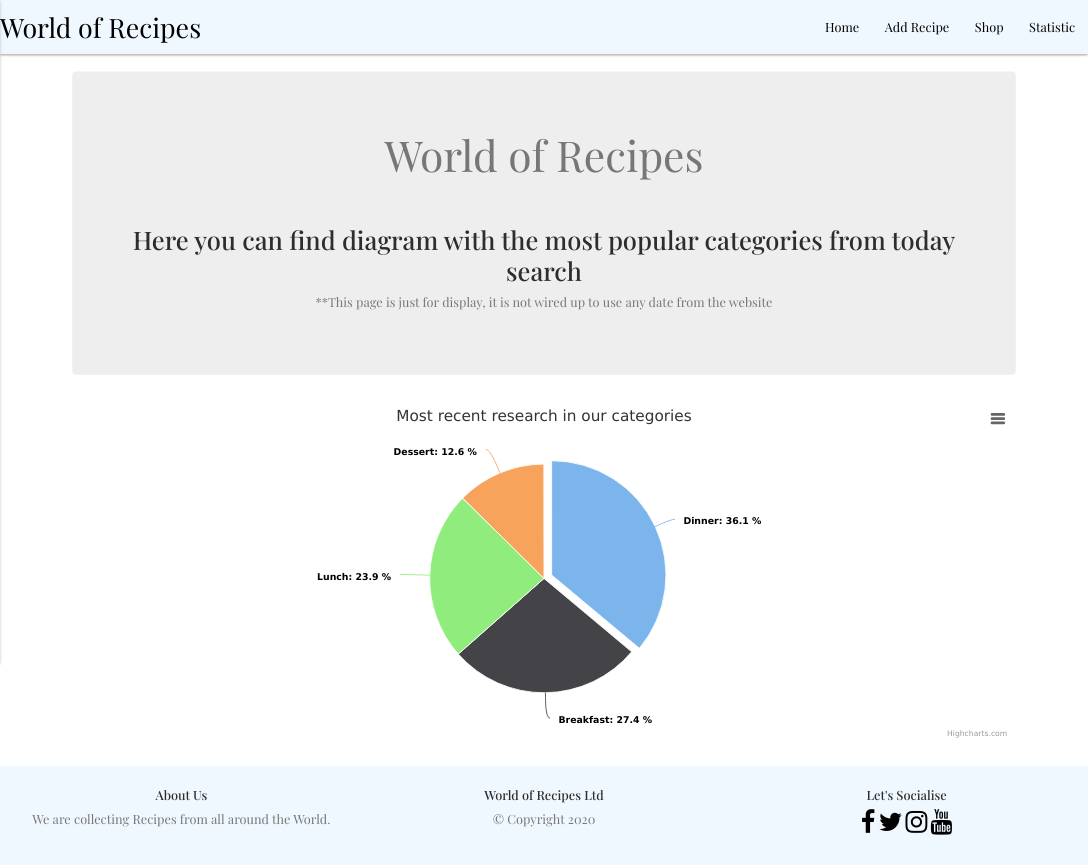
Repository: MarzDell/worldofrecipes
Page: http://localhost/stat
The author's editor kept a record of every edit. The page is drawn from the files as they stood at one moment, then again after the next edit.
The browser window is 1280 px wide. The pictures show the whole page, at 85% of full size.
Some web fonts or font styles are not loaded; a fallback is used. The page is served by the project's application, run on Flask 3 (app.py).

Above is the page before.

### templates/statistic.html
{% extends 'base.html' %} {% block content %}


<div class='jumbotron text-center'>
    <div class='container'>
        <div class='jumbo-header'><strong>World of Recipes</strong></div>
        <br>
        <br>
        <h2>Here you can find diagram with the most popular categories from today search</h2>
        <p>**This page is just for display, it is not wired up to use any date from the website</p>
    </div>
</div>

<div id='container'></div>


<script src="https://code.highcharts.com/highcharts.js"></script>
<script src="https://code.highcharts.com/modules/exporting.js"></script>
<script src="https://code.highcharts.com/modules/export-data.js"></script>
<script type="text/javascript">

    Highcharts.chart('container', {
        chart: {
            plotBackgroundColor: null,
            plotBorderWidth: null,
            plotShadow: false,
            type: 'pie'
        },
        title: {
            text: 'Most recent research in our categories'
        },
        tooltip: {
            pointFormat:'{series.name}: <b>{point.percentage:.1f}%</b>'
        },
        plotOptions: {
            pie: {
                allowPointSelect: true,
                cursor: 'pointer',
                dataLabels: {
                    enable: true,
                    format: '<b>{point.name}</b>: {point.percentage:.1f} %'
                }
            }
        },
        series: [{
            name: 'Categories',
            colorByPoint: true,
            data: [{
                name: 'Dinner',
                y: 36.10,
                sliced: true,
                selected: true
            }, {
                name: 'Breakfast',
                y: 27.40
            }, {
                name: 'Lunch',
                y: 23.90
            }, {
                name: 'Dessert',
                y: 12.60
            }]
        }]

    });
 </script>



{% endblock %}

### templates/base.html
<!DOCTYPE html>
<html lang="en">
<head>
    <link href="https://fonts.googleapis.com/icon?family=Material+Icons" rel="stylesheet">
    <link rel="stylesheet" href="https://stackpath.bootstrapcdn.com/bootstrap/4.3.1/css/bootstrap.min.css" type="text/css" />
    <link rel="stylesheet" href="https://maxcdn.bootstrapcdn.com/font-awesome/4.7.0/css/font-awesome.min.css" type="text/css" />
  <link rel="stylesheet" href="https://cdnjs.cloudflare.com/ajax/libs/materialize/0.100.2/css/materialize.min.css">
  <link rel="stylesheet" href="{{url_for('static', filename='css/bootstrap.min.css')}}" type="text/css" />
  <link rel="stylesheet" href="{{url_for('static', filename='css/style.css')}}" type="text/css" />
</head>
<body>
    <header>

        <div class='navbar-fixed'>
        <nav>
            <div class="nav-wrapper">
                <a href="{{ url_for('index') }}" class="brand-logo">World of Recipes</a>
                <a href='#' data-activates='mobile-demo' class='button-collapse'><i class='material-icons'>menu</i></a>
              <ul id="nav-mobile" class="right hide-on-med-and-down">
                    <li><a href="{{ url_for('view_recipe') }}">Home</a></li>
                    <li><a href="{{ url_for('add_recipe') }}">Add Recipe</a></li>
                    <li><a href="{{ url_for('shop') }}">Shop</a></li>
                    <li><a href="{{ url_for('stat') }}">Statistic</a></li>
                </ul>
                <ul class='side-nav' id='mobile-demo'>
                    <li><a href="{{ url_for('view_recipe') }}">Home</a></li>
                    <li><a href="{{ url_for('add_recipe') }}">Add Recipe</a></li>
                    <li><a href="{{ url_for('shop') }}">Shop</a></li>
                    <li><a href="{{ url_for('stat') }}">Statistic</a></li>
                </ul>
            </div>
        </nav>
        </div>
    </header>
    <div class='container'>
            {% block content %}
            {% endblock %}
    </div>

    <footer class="container-fluid">
            <div class="row ">
                <div class="col-sm-4 ">
                    <h6 class="general about">About Us</h6>
                    <p class="inline-block ">
                        We are collecting Recipes from all around the World.
                    </p>
                </div>
                <div class="col-sm-4 ">
                    <h6 class="general copyright">World of Recipes Ltd</h6>
                    <p class="inline-block">
                        &copy; Copyright 2020
                    </p>
                </div>
                <div class="col-sm-4 ">
                    <h6 class="general social">Let's Socialise</h6>
                    <ul class="list-inline social-links ">
                        <li><a target="_blank" href="# "><i class="fa fa-facebook "></i></a></li>
                        <li><a target="_blank" href="# "><i class="fa fa-twitter "></i></a></li>
                        <li><a target="_blank" href="# "><i class="fa fa-instagram "></i></a></li>
                        <li><a target="_blank" href="# "><i class="fa fa-youtube "></i></a></li>
                    </ul>
                </div>
            </div>
        </footer>


    <script src="https://cdnjs.cloudflare.com/ajax/libs/jquery/3.4.1/jquery.min.js"></script>
  <script src="https://cdnjs.cloudflare.com/ajax/libs/materialize/0.100.2/js/materialize.min.js"></script>
  <script src="https://stackpath.bootstrapcdn.com/bootstrap/4.3.1/js/bootstrap.min.js"
    integrity="sha384-JjSmVgyd0p3pXB1rRibZUAYoIIy6OrQ6VrjIEaFf/nJGzIxFDsf4x0xIM+B07jRM"
    crossorigin="anonymous"></script>
    <script type='text/javascript'>
        $(document).ready(function () {
            $(".button-collapse").sideNav();
        });
    </script>

</body>
</html>

### app.py
import os
import json
from flask import Flask, render_template, redirect, request, url_for
from flask_pymongo import PyMongo
from bson.objectid import ObjectId
from pymongo import TEXT


app = Flask(__name__)
app.config['MONGO_DBNAME'] = 'recipe_manager'
app.config['MONGO_URI'] = 'mongodb+srv://Cat:Kot@myfirstcluster-tlipu.mongodb.net/recipe_manager?retryWrites=true&w=majority'

mongo = PyMongo(app)

recipes = mongo.db.recipes
the_recipe = mongo.db.recipes
categories = mongo.db.categories

mongo.db.recipes.create_index([('$**', 'text')])


@app.route('/')


@app.route('/index')
def index():
    return render_template('index.html')


@app.route('/shop')
def shop():
    return render_template('shop.html')


@app.route('/view_recipe')
def view_recipe():
    records = list(mongo.db.recipes.find())
    return render_template('view.html', recipes=records)


@app.route('/view_specific/<recipe_id>', methods=['GET', 'POST'])
def view_specific(recipe_id):
    mongo.db.recipes.update({'_id': ObjectId(recipe_id)},
                            {'$inc': {'views': 1}})
    the_recipe = mongo.db.recipes.find_one({'_id': ObjectId(recipe_id)})
    all_categories = mongo.db.categories.find()
    return render_template('individual_recipe.html',
                            recipe=the_recipe, categories=all_categories)


@app.route('/add_recipe')
def add_recipe():
    return render_template('insert.html',
                           categories=mongo.db.categories.find())


@app.route('/insert', methods=['POST'])
def insert():
    recipes = mongo.db.recipes
    payload = request.form.to_dict()
    payload.update({'views': 0})
    recipes.insert_one(payload)
    return redirect(url_for('view_recipe'))


@app.route('/edit/<recipe_id>', methods=['GET', 'POST'])
def edit(recipe_id):
    the_recipe = mongo.db.recipes.find_one
    ({"_id": ObjectId(recipe_id)})
    all_categories = mongo.db.categories.find()
    return render_template('edit_recipe.html', recipe=the_recipe, categories=all_categories)


@app.route('/update/<recipe_id>', methods=['POST'])
def update(recipe_id):
    recipes = mongo.db.recipes
    recipes.update({"_id": ObjectId(recipe_id)}, {
        "img": request.form.get('img'),
        "categories": request.form.get('categories'),
        "title": request.form.get('title'),
        "ingredients": request.form.get('ingredients'),
        "method": request.form.get('method'),
        "nutrition": request.form.get('nutrition'),
        "time": request.form.get('time'),
        "author": request.form.get('author'),
    })
    return redirect(url_for('view_recipe'))


@app.route('/delete/<recipe_id>')
def delete(recipe_id):
    mongo.db.recipes.delete_one({"_id": ObjectId(recipe_id)})
    return redirect(url_for('view_recipe'))


@app.route('/search', methods=['GET', 'POST'])
def search():
    title = request.form.get('search')
    find = {'$text': {'$search': title}}
    results = mongo.db.recipes.find(find)
    return render_template('view.html', recipes=results, count=results.count())


@app.route('/count/<recipe_id>', methods=['GET', 'POST'])
def count():
    count = mongo.db.recipes.find({'_id': ObjectId(recipe_id)})
    mongo.db.recipes.update({'_id': ObjectId(recipe_id)},
                            {'$inc': {'view': 1}})
    return render_template('view.html', recipe=count)


@app.route('/stat')
def stat():
    return render_template('statistic.html')
if __name__ == "__main__":
                app.run(host=os.environ.get('IP'),
                port=int(os.environ.get('PORT')),
                debug=True)

### static/css/style.css
@import url('https://fonts.googleapis.com/css?family=Playfair Display:100,200,300,400,500,600,700');

body {
    background-color: white;
    margin: 0px;
    padding: 0px;
    font-family: 'Playfair Display' , sans-serif;

}



/***Landing Page***/

.background-container {
    background-image: url('https://newsroom.pinterest.com/sites/default/files/inline-images/Pinterest-100-c-blog-food_0.jpg');
    background-position: center center;
    background-repeat: no-repeat;
    background-attachment: fixed;
    background-size: cover;
    background-color: #f0f8ff;
    height: -webkit-fill-available;
    height: -moz-available;
    height: fill-available;
    width: 100%;

}

.header-landing {
    margin-top: 150px;
    font-size: 100px;
    color: black;
    text-align: center;
    font-family: 'Playfair Display', sans-serif;
    font-weight: 600;
}

.enter-button {

    margin-left: auto;
    margin-right: auto;
    width: 50%;
    font-size: 80px;
    background-color: transparent;

}
.btn {
    background-color: #DAA520;
    font-family: 'Playfair Display', sans-serif;
    color: black;
}

a {
    color: black;
}

a:hover {
    text-decoration: none;
    color: black;
}

/*** Nav***/

.nav-wrapper {
    background-color: #f0f8ff;
}

nav .brand-logo,
nav ul a {
    color:black;
}

nav .brand-logo:hover ,
nav ul a:hover {
    color: #DAA520;
}

nav a  {
    color: black;
}

#sidenav-overlay {
  z-index: 996;
}

.side-nav li {
    display: block;
}
/*** Home Page***/
.header {
    text-align: center;
    font-size: 20px;
    font-family: 'Playfair Display', sans-serif;
    font-weight: 300;
    margin-top: 50px;
}

strong {
    font-size: 50px;
    font-family: 'Playfair Display', sans-serif;
    font-weight: 300;
}

#search {
    text-align: center;
    font-size: 30px;
    font-family: 'Playfair Display', sans-serif;
    font-weight: 400;
    margin-bottom: 15px;
}

#search: after{
    background-color: transparent;
}

.view{
    margin-top:20px;

}


/***Shop Page***/

.background-container-shop {
    background-image: url('https://cdn.dribbble.com/users/2918596/screenshots/6200802/isometric_online_shopping_light_grain.jpg');
    background-position: center center;
    background-repeat: no-repeat;
    background-attachment: fixed;
    background-size: cover;
    background-color: #f0f8ff;
    height: -webkit-fill-available;
    height: -moz-available;
    height: fill-available;
    width: 100%;
}


.shop {
    color: #DAA520;
    text-align: center;
    text-shadow: 2px 2px black;
}


/***Statistic Page***/

.jumbotron {
    margin-top: 20px;
}

/*** Footer***/
footer {
    background-color: #f0f8ff;
    margin: 0 auto;
    position: absolute;
    margin-top: 30px;
    padding-top: 25px;


}

.col-sm-4 {
    text-align: center;
}

.fa {
    font-size: 30px;
}

.col-sm-4 {
    font-family: 'Playfair Display', sans-serif;
    font-weight: 300;
}
li {
    display: inline-block;
}
.fa:hover {
    color: #DAA520;
}



/***Media Queries***/

 @media (max-width: 768px) {
       nav .brand-logo {
           font-size: 15px;
       }
       .jumbo-header {
           font-size: 50px;
           margin-top: 0px;
       }
       #search {
         font-size: 10px;
       }
       .header-landing {
           font-size: 60px;
       }
       .input-field
       .prefix ~ input{
           padding-bottom: 10px;
       }
       .btn {
           font-size: 10px;
       }
   }

Loaded but not shown: static/css/bootstrap.min.css (library)

After the next edit:
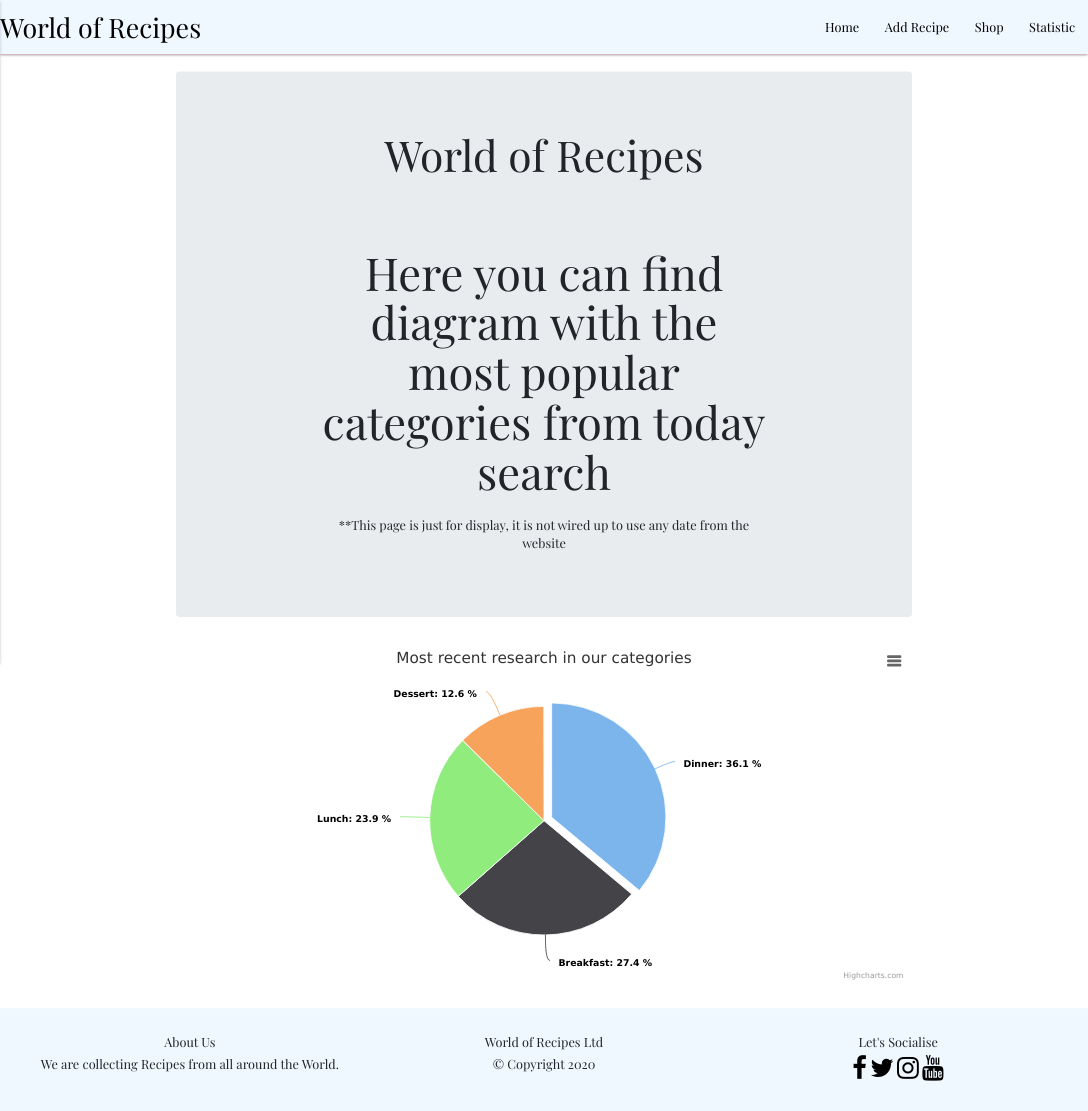
The edit:
--- a/templates/base.html
+++ b/templates/base.html
@@ -5,7 +5,6 @@
     <link rel="stylesheet" href="https://stackpath.bootstrapcdn.com/bootstrap/4.3.1/css/bootstrap.min.css" type="text/css" />
     <link rel="stylesheet" href="https://maxcdn.bootstrapcdn.com/font-awesome/4.7.0/css/font-awesome.min.css" type="text/css" />
   <link rel="stylesheet" href="https://cdnjs.cloudflare.com/ajax/libs/materialize/0.100.2/css/materialize.min.css">
-  <link rel="stylesheet" href="{{url_for('static', filename='css/bootstrap.min.css')}}" type="text/css" />
   <link rel="stylesheet" href="{{url_for('static', filename='css/style.css')}}" type="text/css" />
 </head>
 <body>
